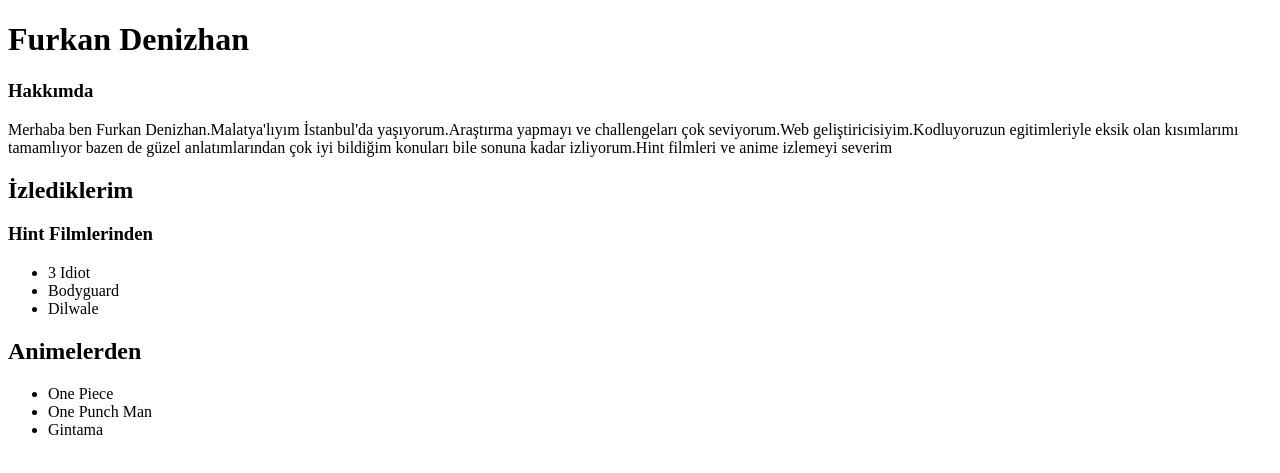
Repository: nevisende/homeworks
Page: 1-Html/index.html
These files come from the project's save history. The page is drawn as it stood at one moment and after the next save; the edit follows.
The browser window is 1280 px wide. The pictures show the part of the page from y = 0 to 473 px (the page is 785 px tall before and 898 px after).
Pictures or frames that could not be fetched are drawn as grey boxes.

Above is the page before, as saved 2021-08-08 12:39:44.

After the next save:
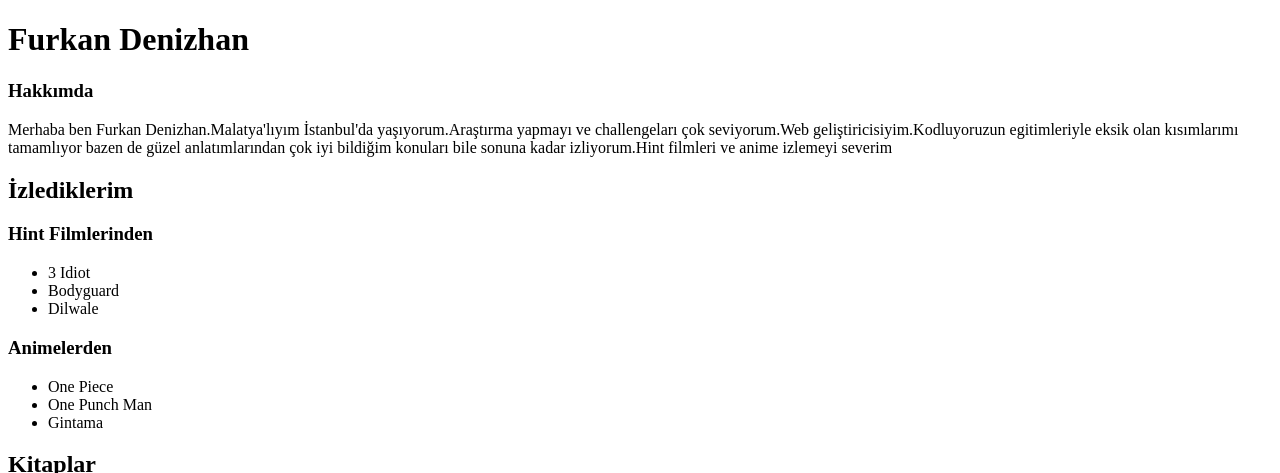
Saved 90 s later.
--- a/1-Html/index.html
+++ b/1-Html/index.html
@@ -18,13 +18,21 @@
         <li>Bodyguard</li>
         <li>Dilwale</li>
     </ul>
-    <h2>Animelerden</h2>
+    <h3>Animelerden</h3>
 
     <ul>
         <li>One Piece</li>
         <li>One Punch Man</li>
         <li>Gintama</li>
     </ul>
+    <h2>Kitaplar</h2>
+
+    <ul>
+        <li>One Piece</li>
+        <li>One Punch Man</li>
+        <li>Gintama</li>
+    </ul>
+
     <br>
 
 <img
